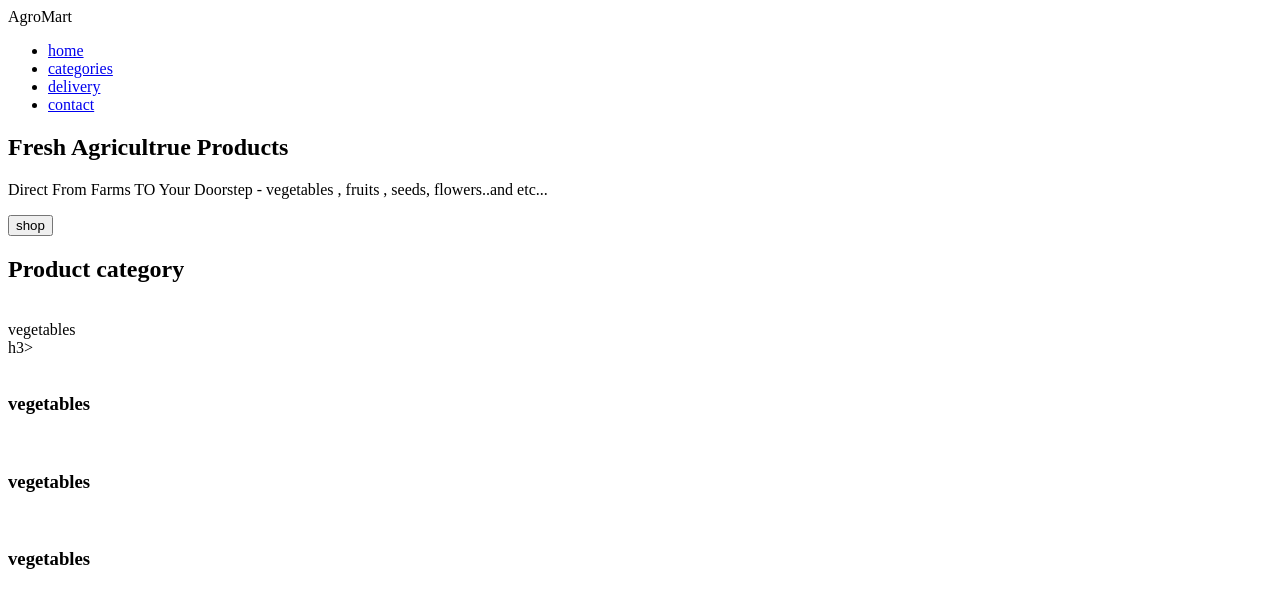
Repository: wingming07/Agro_mart
Page: index.html
The author's editor kept a copy of each file at every save. The page is drawn from the files as they stood at one save, then again after the next save.
The browser window is 1280 px wide. The pictures show the whole page.

Above is the page before, as saved 2025-06-09 14:38:37.

After the next save:
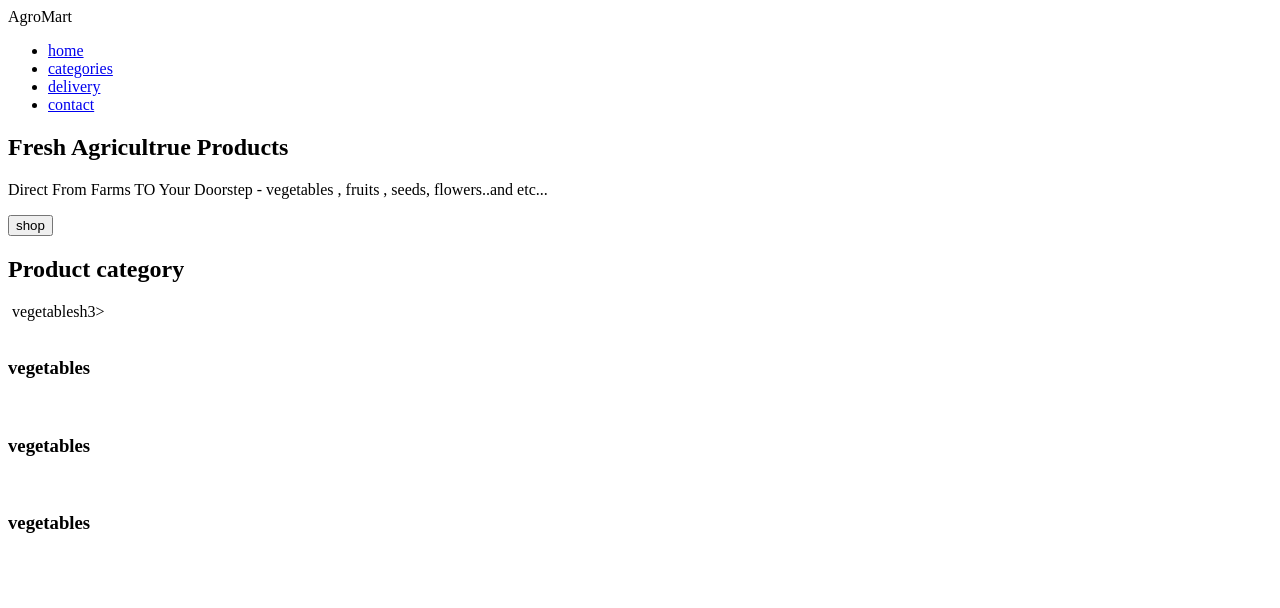
Saved 13 s later.
--- a/index.html
+++ b/index.html
@@ -29,7 +29,7 @@
             <div class="category-container">
                 <div class="category-card">
                     <img src="" alt=""/>
-                    <div>vegetables</div>h3>
+                    <dh3>vegetables</d>h3>
                 </div>
                 <div class="category-card">
                     <img src="" alt=""/>
